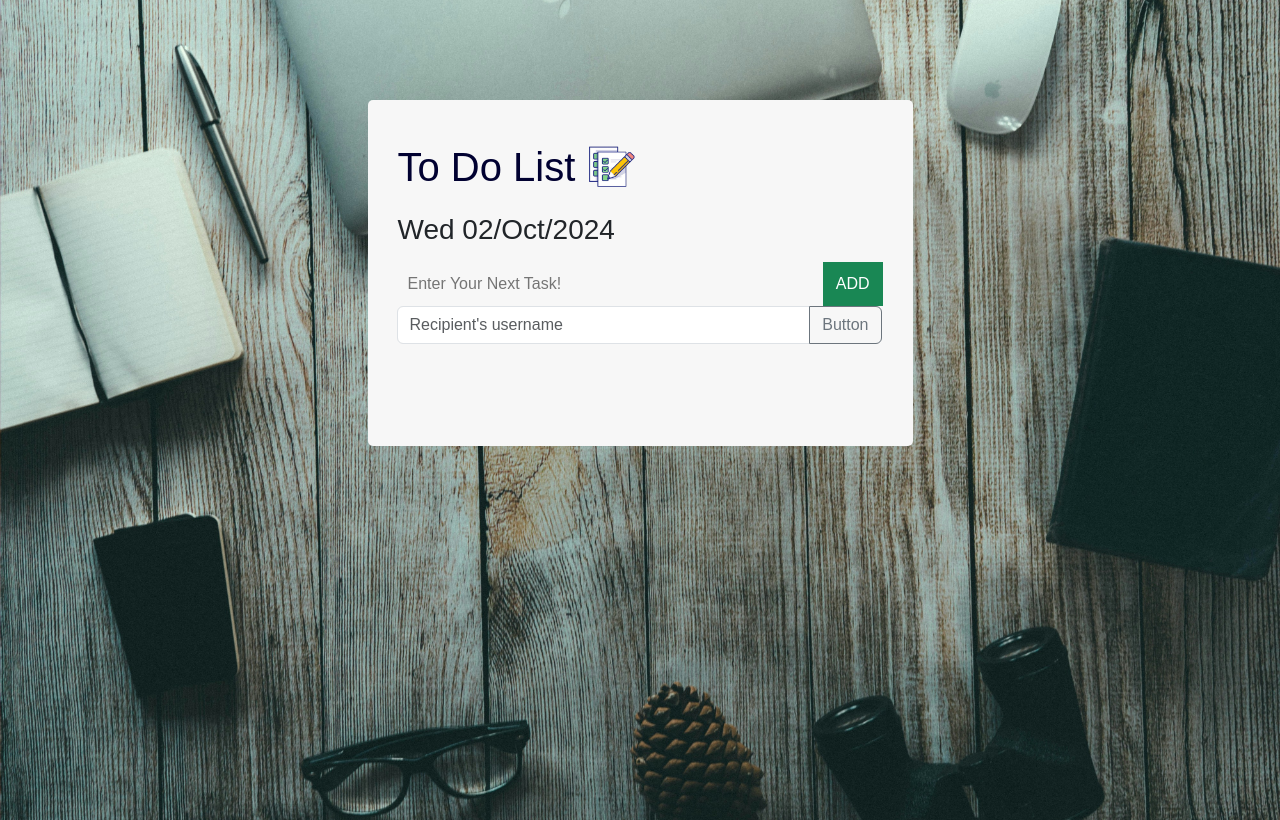
Repository: zeinawady/To_Do_List
Page: index.html
An editor plug-in stored every save of this project. The page is shown before and after the next save, followed by the edit.
The browser window is 1280 px wide. The pictures show the whole page.

Above is the page before, as saved 2024-10-02 02:26:17.

### index.html
<!DOCTYPE html>
<html lang="en">

<head>
    <meta charset="UTF-8">
    <meta name="viewport" content="width=device-width, initial-scale=1.0">
    <title>To Do list</title>
    <link href="https://cdn.jsdelivr.net/npm/bootstrap@5.3.3/dist/css/bootstrap.min.css" rel="stylesheet" integrity="sha384-QWTKZyjpPEjISv5WaRU9OFeRpok6YctnYmDr5pNlyT2bRjXh0JMhjY6hW+ALEwIH" crossorigin="anonymous">
    <link rel="stylesheet" href="css/style.css">
</head>

<body>

    <div class="container">
        <div class="todo-app">
            <h1>To Do List <img src="images/todolistpng.png" alt="to-do-list" class="logo"></h1>
           <h3 id="date"></h3>
            <div class="input-group mb-3">
                <input class="input-Text" type="text"  class="form-control" id="input-box" placeholder="Enter Your Next Task!">
                <button class="btn btn-success" onclick="addTask()">ADD</button>
                <div class="input-group mb-3">
                    <input type="text" class="form-control" placeholder="Recipient's username" aria-label="Recipient's username" aria-describedby="button-addon2">
                    <button class="btn btn-outline-secondary" type="button" id="button-addon2">Button</button>
                  </div>

            </div>
            <ul id="list-container">
                <!-- <li class="checked">Task 0</li>
                <li>Task 1</li> -->
            </ul>
        </div>


    </div>
    <script src="https://cdn.jsdelivr.net/npm/bootstrap@5.3.3/dist/js/bootstrap.bundle.min.js" integrity="sha384-YvpcrYf0tY3lHB60NNkmXc5s9fDVZLESaAA55NDzOxhy9GkcIdslK1eN7N6jIeHz" crossorigin="anonymous"></script>
    <script src="script.js"></script>
</body>

</html>

### css/style.css
* {
    margin: 0;
    padding: 0;
    box-sizing: border-box;
    font-family: Arial, Helvetica, sans-serif;
}

:root {
    --font-color: rgb(1, 1, 49);
}

li {
    list-style: none;
}
body{
    background-image: url(../images/background3.jpg);
    background-position: center;
    background-size: cover;
    background-repeat: no-repeat;
    height: 100vh;
}


.todo-app {

    max-width: 545px;
    background-color: rgb(247, 247, 247);
    margin: 100px auto;
    padding: 40px 30px 70px;
    border-radius: 5px;
    transition: 0.5s;
}

.todo-app:hover {
    box-shadow: 4px 5px rgb(114, 114, 114);

}

.todo-app h1 {
    color: var(--font-color);
    display: flex;
    align-items: center;
    margin-bottom: 20px;

}
#date{
    margin-bottom: 15px;
}

.logo {
    width: 53px;
    margin-left: 10px;
}

.form {
    background-color: #efe2e2;
    border-radius: 10px;
}

.input-Text {
    flex: 1;
    border: none;
    outline: none;
    background-color: transparent;
    padding: 10px;
    font-weight: 14px;
}

.input-btn {
    border: none;
    outline: none;
    padding: 16px 50px;
    background-color: #06d6a0;
    border-radius: 10px;
    color: rgb(255, 255, 255);
    font-size: 17px;
    transition: 0.3s;
}

.input-btn:hover {
    background-color: #05b183;
    cursor: pointer;
}

ul li {
    position: relative;
    font-size: 17px;
    padding: 12px 2px 12px 40px;
    user-select: none;
    cursor: pointer;
}

ul li::before {
    content: '';
    position: absolute;
    height: 28px;
    width: 28px;
    border-radius: 50%;
    background-image: url(../images/unchecked.png);
    background-size: cover;
    background-position: center;
    left: 1px;
    top: 8px;
}

ul li.checked {
    color: #555;
    text-decoration: line-through;

}

ul li.checked::before {
    color: #666;
    background-image: url(../images/checked.png);
}

ul li span {
    position: absolute;
    right: 0;
    top: 5px;
    width: 30px;
    height: 30px;
    font-size: 22px;
    color: #555;
    line-height: 30px;
    text-align: center;
    border-radius: 50%;
    /* border: solid; */
    transition: 0.2s;
}

ul li span:hover {
    background-color: #e8e6e6;
}
ul li button{
    position: absolute;
    right: 35px;
    top: 2px;
    width: 30px;
    height: 30px;
    text-align: center;
    cursor: pointer;
    border: none;
    outline: none;
    background-color: #06d6a0;
    border-radius: 50%;
    color: rgb(255, 255, 255);
    transition: 0.3s;
    font-size: 20px;
}

### script.js
let listContainer = document.getElementById("list-container");
let inputBox = document.getElementById("input-box");
let currentDate= document.getElementById("date");
function addTask() {
    if (inputBox.value === '') {
        alert("No Task Added!");
    }
    else {
        let li = document.createElement("li");
        li.innerHTML = inputBox.value;
        listContainer.appendChild(li);
        let xSign = document.createElement("span");
        xSign.innerHTML = '\u00d7';  // x sign code
        li.appendChild(xSign);

        let editBtn = document.createElement("button");
        editBtn.innerHTML="\u270E";

        li.appendChild(editBtn);
    }
    inputBox.value = "";  //so that input text become empty again
    saveTask();

}

inputBox.addEventListener("keydown", function (e) {
    if (e.key === "Enter") {
        e.preventDefault();
        addTask();
    }
});

listContainer.addEventListener("click", function (e) {
    //e is the event object contains info about event & target element that was clicked.
    if (e.target.tagName === "LI") {
        e.target.classList.toggle("checked");
        saveTask();
    }
    else if (e.target.tagName === "SPAN") {
        e.target.parentElement.remove();
        saveTask();

    }
    else if(e.target.tagName==="BUTTON"){
        let li=e.target.parentElement;
        let currentTask=li.firstChild.textContent;
        let newTask=prompt("Edit Your Task: " , currentTask);
        li.firstChild.textContent=newTask;
    }
})

function saveTask() {
    localStorage.setItem("Task", listContainer.innerHTML);
}
function showTask() {
    listContainer.innerHTML = localStorage.getItem("Task");
}
showTask();

function displayDate(){
    let date=new Date();
    date=date.toString().split(" ");
    currentDate.innerHTML=date[0]+" "+ date[2]+'/'+ date[1] +'/'+ date[3];
    console.log();
}
window.onload=displayDate();

After the next save:
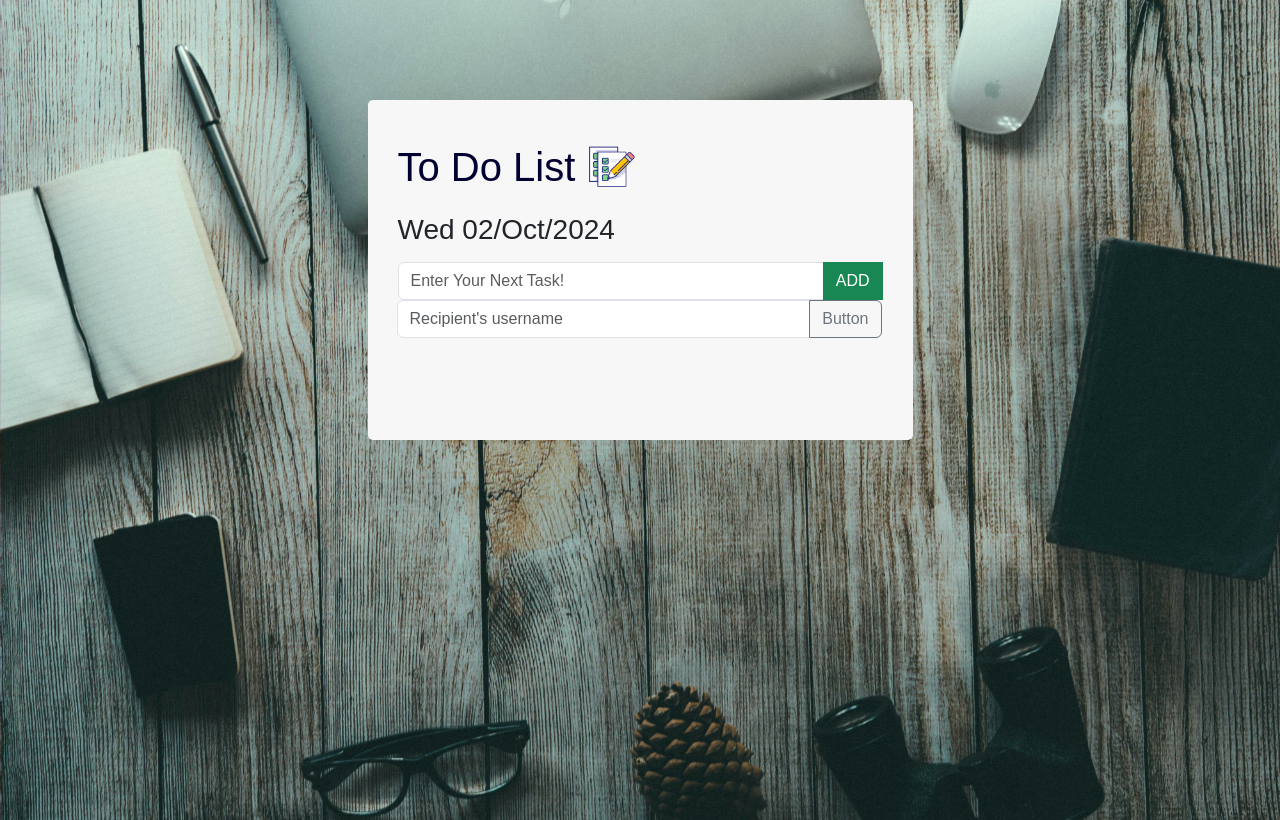
Saved 16 s later.
--- a/index.html
+++ b/index.html
@@ -16,7 +16,7 @@
             <h1>To Do List <img src="images/todolistpng.png" alt="to-do-list" class="logo"></h1>
            <h3 id="date"></h3>
             <div class="input-group mb-3">
-                <input class="input-Text" type="text"  class="form-control" id="input-box" placeholder="Enter Your Next Task!">
+                <input type="text"  class="form-control" id="input-box" placeholder="Enter Your Next Task!">
                 <button class="btn btn-success" onclick="addTask()">ADD</button>
                 <div class="input-group mb-3">
                     <input type="text" class="form-control" placeholder="Recipient's username" aria-label="Recipient's username" aria-describedby="button-addon2">
